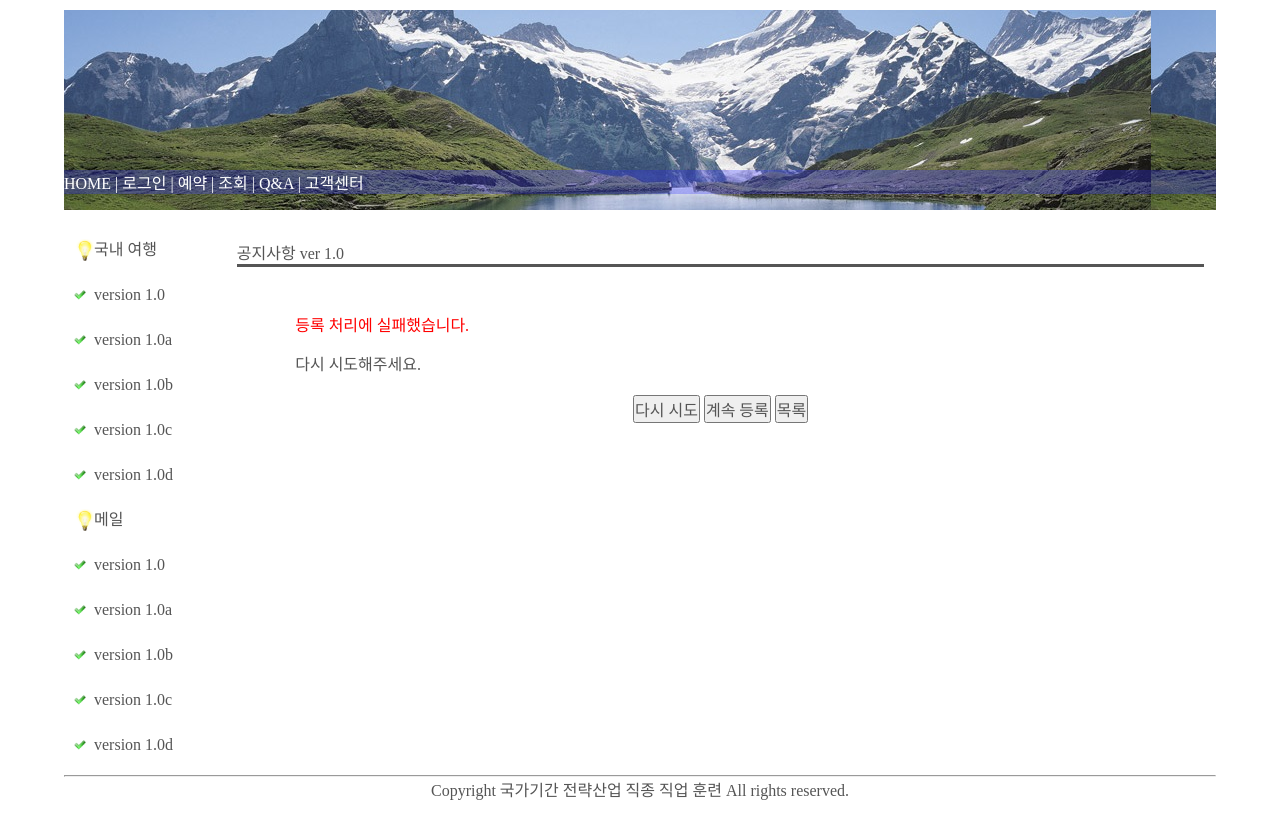
Repository: jangky000/ai_web
Page: http://localhost/blog_v2jc/mail_app/create_proc.jsp
An editor plug-in stored every save of this project. The page is shown before and after the next save, followed by the edit.
The browser window is 1280 px wide. The pictures show the whole page.
The page is served by Tomcat 9. Queries for data that is not in the repository find no rows.

Above is the page before, as saved 2020-03-27 05:38:35.

After the next save:
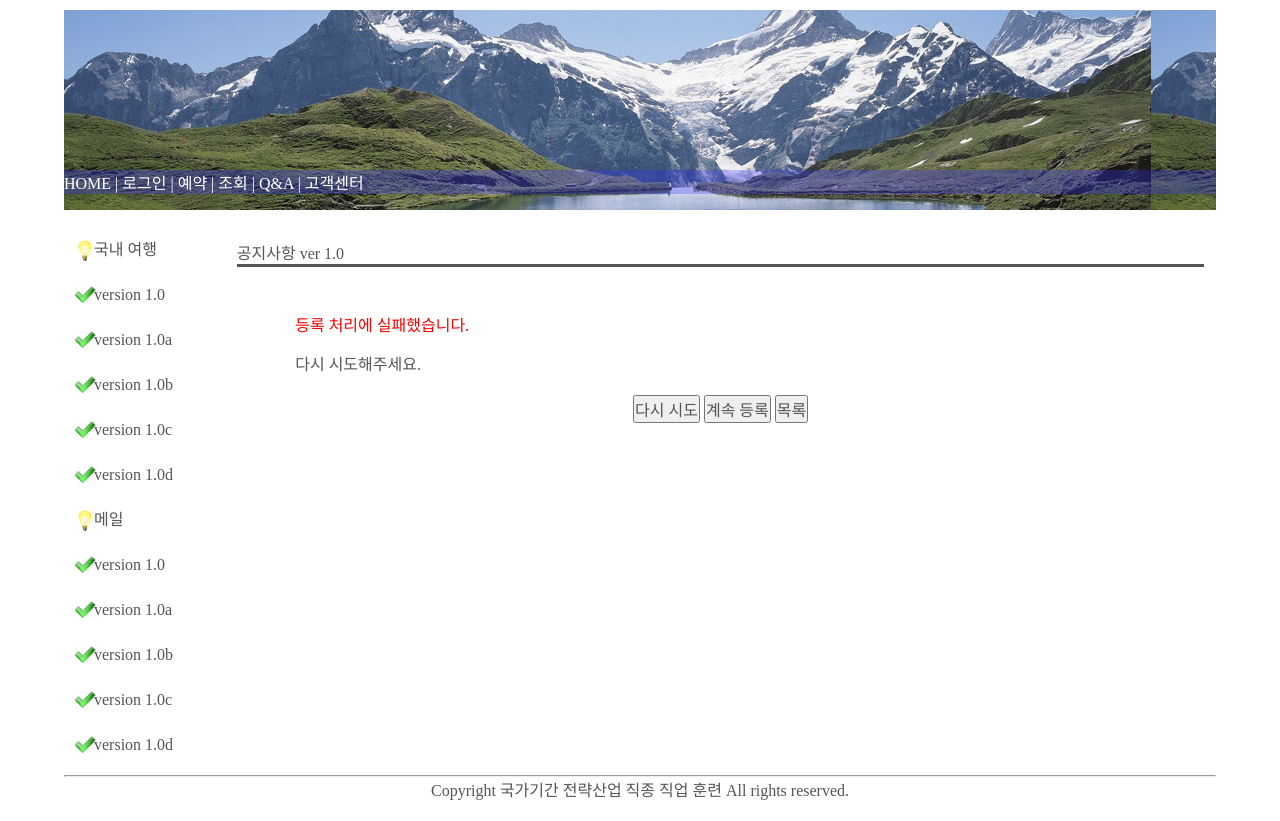
Saved 4 s later.
--- a/ws__frame/blog_v2jc/WebContent/css/style.css
+++ b/ws__frame/blog_v2jc/WebContent/css/style.css
@@ -229,7 +229,7 @@
     list-style: none;
     margin: 15px 10px;
     background: url(./images/li_left_menu_2.png) left center no-repeat; /* url 왼쪽 중간 반복x */
-    background-size: 12px;
+    background-size: 22px;
     padding-left: 20px;
     line-height: 30px;
   }
